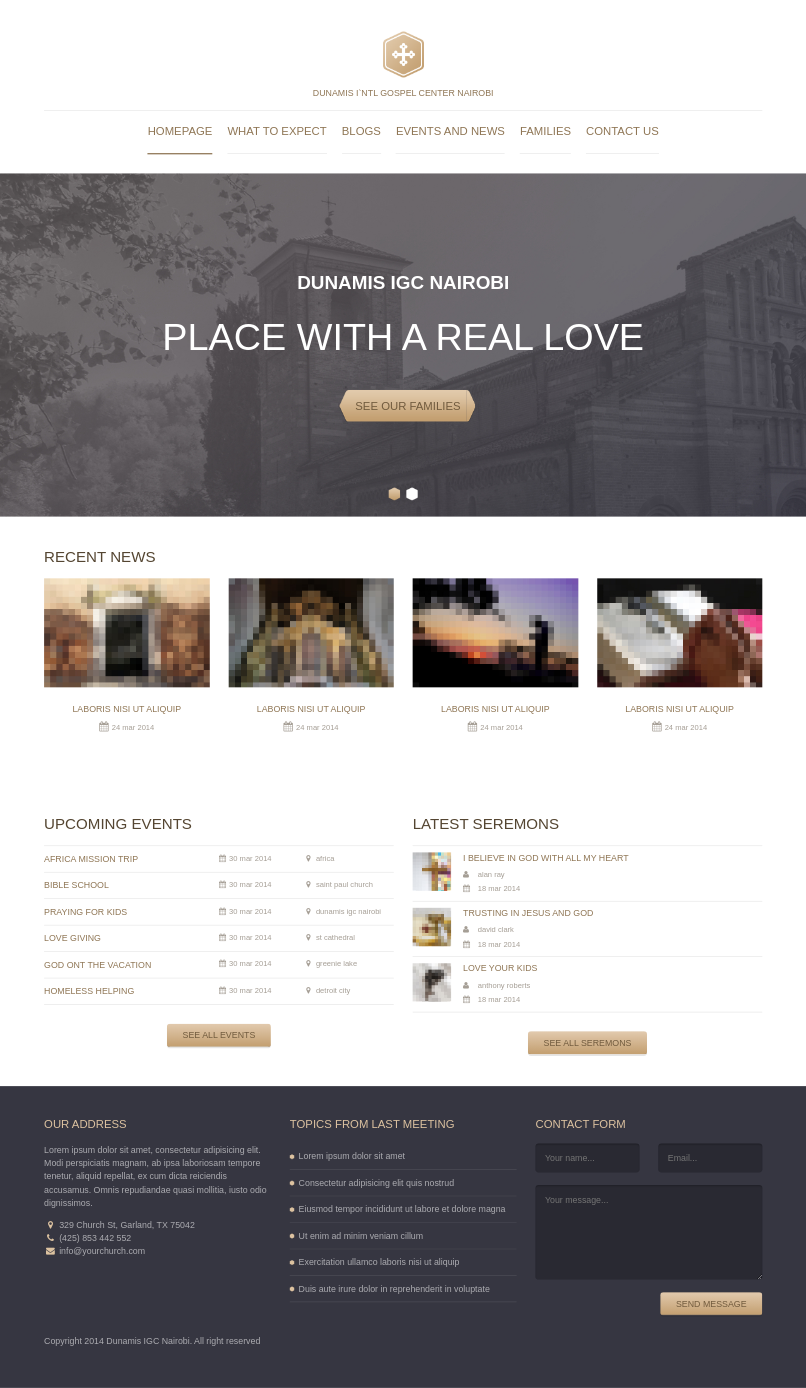
Repository: profbkmurage/churchWebsite
Page: index.html
An editor plug-in stored every save of this project. The page is shown before and after the next save, followed by the edit.
The browser window is 1280 px wide. The pictures show the whole page, at 63% of full size.

Above is the page before, as saved 2024-07-10 18:23:58.

After the next save:
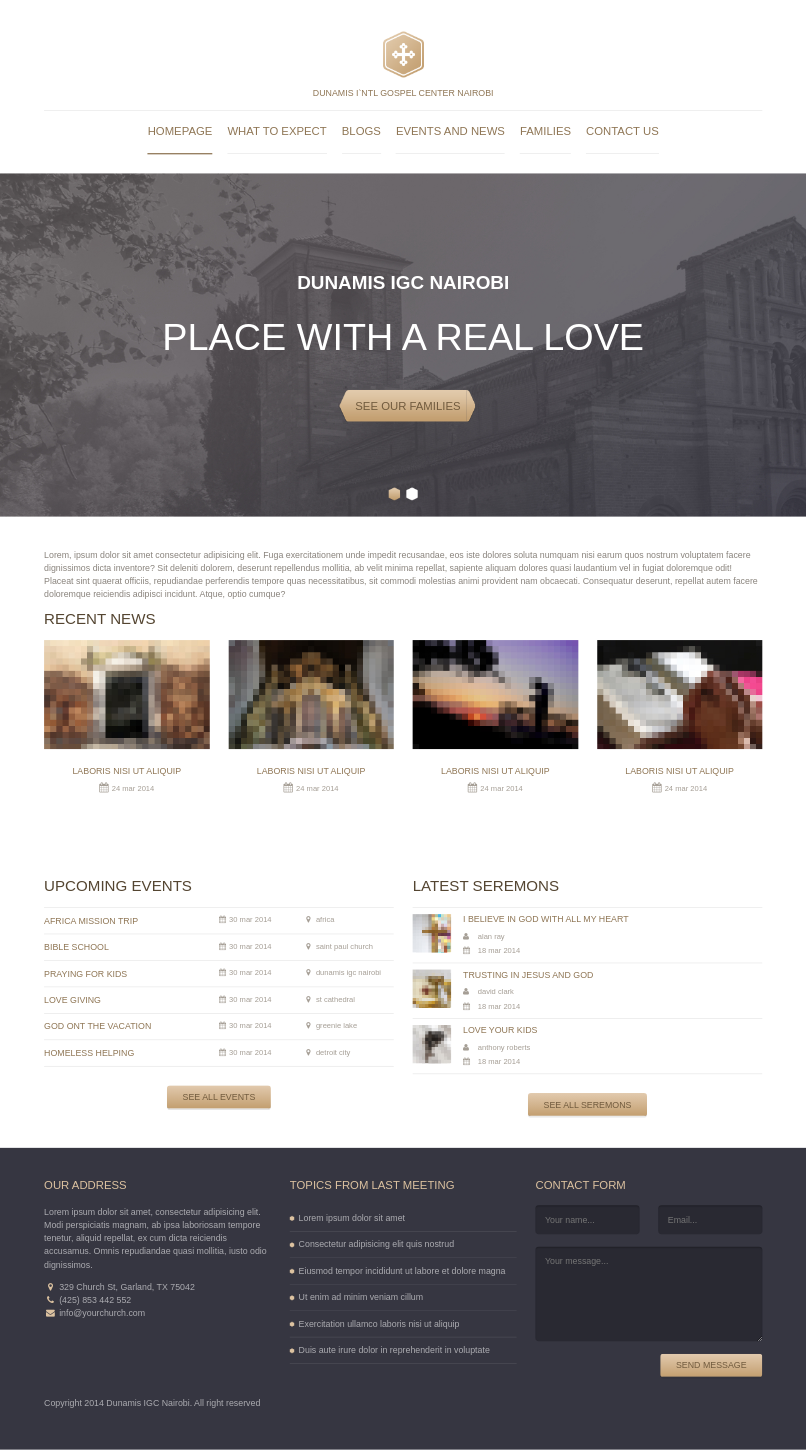
Saved 5 min 26 s later.
--- a/index.html
+++ b/index.html
@@ -75,6 +75,10 @@
 			<main class="main-content">
 				<div class="fullwidth-block">
 					<div class="container">
+
+						<p class="welcomeNote">
+							Lorem, ipsum dolor sit amet consectetur adipisicing elit. Fuga exercitationem unde impedit recusandae, eos iste dolores soluta numquam nisi earum quos nostrum voluptatem facere dignissimos dicta inventore? Sit deleniti dolorem, deserunt repellendus mollitia, ab velit minima repellat, sapiente aliquam dolores quasi laudantium vel in fugiat doloremque odit! Placeat sint quaerat officiis, repudiandae perferendis tempore quas necessitatibus, sit commodi molestias animi provident nam obcaecati. Consequatur deserunt, repellat autem facere doloremque reiciendis adipisci incidunt. Atque, optio cumque?
+						</p>
 						<h2 class="section-title">Recent news</h2>
 
 						<div class="row">
